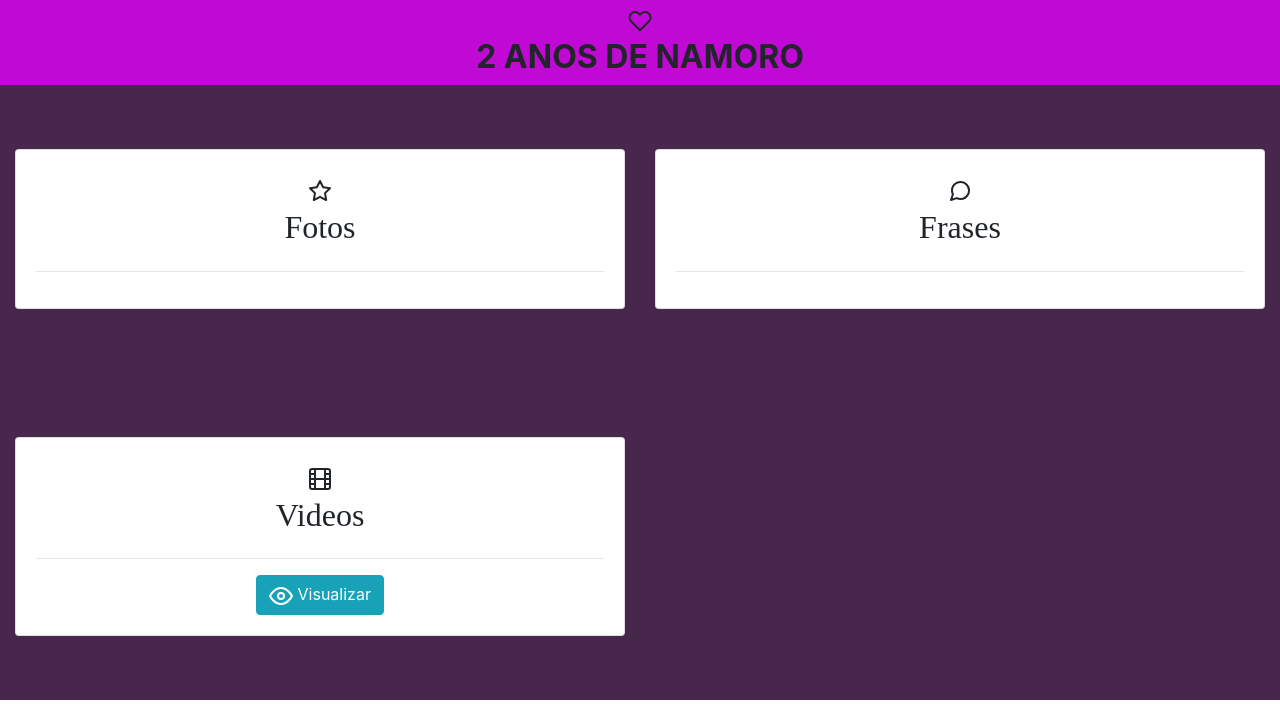
Repository: MeuAmor/meuamor.github.io
Page: index.html
An editor plug-in stored every save of this project. The page is shown before and after the next save, followed by the edit.
The browser window is 1280 px wide. The pictures show the whole page.

Above is the page before, as saved 2019-08-21 23:26:07.

### index.html
<!DOCTYPE html>
<html lang="pt">
<head>
  <title>2 ANOS</title>
  <meta charset="utf-8">
  <meta name="viewport" content="width=device-width, initial-scale=1">
  <link rel="stylesheet" href="assets/css/bootstrap4.1/bootstrap.min.css">
  <script src="assets/js/jquery.3.3.1.min.js"></script>
  <script src="assets/js/bootstrap4.1/popper.min.js"></script>
	<script src="assets/js/bootstrap4.1/bootstrap.min.js"></script>
	<style>
        .hide {
            display: none;
        }
        .show{
            display:block;
        }
    </style>
</head>
<body class="container-fluid">


	<div class="row" style="background:#c109d6">
		<div class="col-md-12 text-left">
			<h2>
                <div class="text-center">

                    <svg xmlns="http://www.w3.org/2000/svg" width="24" height="24" viewBox="0 0 24 24" fill="none" stroke="currentColor"
                            stroke-width="2" stroke-linecap="round" stroke-linejoin="round" class="feather feather-heart">
                        <path d="M20.84 4.61a5.5 5.5 0 0 0-7.78 0L12 5.67l-1.06-1.06a5.5 5.5 0 0 0-7.78 7.78l1.06 1.06L12 21.23l7.78-7.78 1.06-1.06a5.5 5.5 0 0 0 0-7.78z"/>
                    </svg>
                </div>
                <div class="text-center" >

                    <b>2 ANOS DE NAMORO </b>
                </div>
            </h2>
		</div>
</div>
<div class="row" style="background:#48274c;min-height: 500px;">

	<div class="col-md-6" style="margin-top: 5%;">
		<div class="card card-body">
            <h2 id="openFotos">
                <div class="text-center">

                    <svg xmlns="http://www.w3.org/2000/svg" width="24" height="24" viewBox="0 0 24 24"
                        fill="none" stroke="currentColor" stroke-width="2" stroke-linecap="round" stroke-linejoin="round"
                        class="feather feather-star">
                        <polygon points="12 2 15.09 8.26 22 9.27 17 14.14 18.18 21.02 12 17.77 5.82 21.02 7 14.14 2 9.27 8.91 8.26 12 2"/>
                    </svg>
                </div>
                <div class="text-center" style="font-family: 'Times New Roman', Times, serif">

                    Fotos
                </div>
            </h2>
            <hr>
            <div id="fotos" class="hide">
                <div class="text-center">
                    <img src="imagens/primeira_foto.jpg" alt="Primeira Foto" height="150px;">
                    <img src="imagens/terceira_foto.jpg" alt="Terceira Foto" height="150px;">
                    <img src="imagens/quarta_foto.jpg" alt="Quarta Foto" height="150px;">
                    <img src="imagens/2.jpg" alt="" height="150px;">
                    <img src="imagens/3.jpg" alt="" height="150px;">
                    <img src="imagens/4.jpg" alt="" height="150px;">
                    <img src="imagens/segunda_foto.jpg" alt="Segunda Foto" height="150px;">
                    <img src="imagens/5.jpg" alt="" height="150px;">
                    <img src="imagens/6.jpg" alt="" height="150px;">
                    <img src="imagens/7.jpg" alt="" height="150px;">
                    <img src="imagens/8.jpg" alt="" height="150px;">
                    <img src="imagens/10.jpg" alt="" height="150px;">
                    <img src="imagens/9.jpg" alt="" height="150px;">
                </div>
            </div>
		</div>
	</div>
	<div class="col-md-6" style="margin-top: 5%;margin-bottom: 5%;">
		<div class="card card-body">
            <h2 id="openFrases" style="text-align:center;">
                <div class="text-center">

                    <svg xmlns="http://www.w3.org/2000/svg" width="24" height="24" viewBox="0 0 24 24" fill="none" stroke="currentColor" stroke-width="2" stroke-linecap="round" stroke-linejoin="round" class="feather feather-message-circle">
                    <path d="M21 11.5a8.38 8.38 0 0 1-.9 3.8 8.5 8.5 0 0 1-7.6 4.7 8.38 8.38 0 0 1-3.8-.9L3 21l1.9-5.7a8.38 8.38 0 0 1-.9-3.8 8.5 8.5 0 0 1 4.7-7.6 8.38 8.38 0 0 1 3.8-.9h.5a8.48 8.48 0 0 1 8 8v.5z"/></svg>
                </div>
                <div class="text-center" style="font-family: 'Times New Roman', Times, serif">
                    Frases
                </div>
            </h2>
			<hr>
            <div id="frases" class="row hide" >
                    <div style="color: #b71c1c;">
                        <svg xmlns="http://www.w3.org/2000/svg" width="24" height="24" viewBox="0 0 24 24">
                            <path d="M8.59 16.59L13.17 12 8.59 7.41 10 6l6 6-6 6-1.41-1.41z"/>
                            <path fill="none" d="M0 0h24v24H0V0z"/>
                        </svg>
                        "Eeeeeeeeeeeeeeeeee" - <b> Seu amor</b>
                    </div>
                    <div style="color: #b71c1c;">
                        <svg xmlns="http://www.w3.org/2000/svg" width="24" height="24" viewBox="0 0 24 24">
                            <path d="M8.59 16.59L13.17 12 8.59 7.41 10 6l6 6-6 6-1.41-1.41z"/>
                            <path fill="none" d="M0 0h24v24H0V0z"/>
                        </svg>
                        "Eu tenho Alzheimer" - <b> Seu amor</b>
                    </div>
                    <div style="color: #b71c1c;">
                        <svg xmlns="http://www.w3.org/2000/svg" width="24" height="24" viewBox="0 0 24 24">
                            <path d="M8.59 16.59L13.17 12 8.59 7.41 10 6l6 6-6 6-1.41-1.41z"/>
                            <path fill="none" d="M0 0h24v24H0V0z"/>
                        </svg>
                        "Aqui a TV está na Globo" - <b> Seu amor</b>
                    </div>
                    <div style="color: blueviolet;">
                        <svg xmlns="http://www.w3.org/2000/svg" width="24" height="24" viewBox="0 0 24 24">
                            <path d="M8.59 16.59L13.17 12 8.59 7.41 10 6l6 6-6 6-1.41-1.41z"/>
                            <path fill="none" d="M0 0h24v24H0V0z"/>
                        </svg>
                        "Tô sabendo" - <b>Beatiz </b><br>

                    </div>
                    <div style="color: blueviolet;">
                        <svg xmlns="http://www.w3.org/2000/svg" width="24" height="24" viewBox="0 0 24 24">
                            <path d="M8.59 16.59L13.17 12 8.59 7.41 10 6l6 6-6 6-1.41-1.41z"/>
                            <path fill="none" d="M0 0h24v24H0V0z"/>
                        </svg>
                        "Aham, Vai nessa." - <b>Beatiz </b><br>

                    </div>
                    <div style="color: blueviolet;">
                        <svg xmlns="http://www.w3.org/2000/svg" width="24" height="24" viewBox="0 0 24 24">
                            <path d="M8.59 16.59L13.17 12 8.59 7.41 10 6l6 6-6 6-1.41-1.41z"/>
                            <path fill="none" d="M0 0h24v24H0V0z"/>
                        </svg>
                        "LEONARDOOO" - <b>Beatiz </b><br>
                    </div>
                    <div style="color: blueviolet;">
                        <svg xmlns="http://www.w3.org/2000/svg" width="24" height="24" viewBox="0 0 24 24">
                            <path d="M8.59 16.59L13.17 12 8.59 7.41 10 6l6 6-6 6-1.41-1.41z"/>
                            <path fill="none" d="M0 0h24v24H0V0z"/>
                        </svg>
                        "AAAAAAAAAA" - <b>Beatiz </b><br>
                    </div>
                    <div style="color: blueviolet;">
                        <svg xmlns="http://www.w3.org/2000/svg" width="24" height="24" viewBox="0 0 24 24">
                            <path d="M8.59 16.59L13.17 12 8.59 7.41 10 6l6 6-6 6-1.41-1.41z"/>
                            <path fill="none" d="M0 0h24v24H0V0z"/>
                        </svg>
                        "Cuidado com a hora amanhã" - <b>Beatiz </b><br>
                    </div>
            </div>

        </div>

    </div>
    <div class="col-md-6" style="margin-top: 5%;margin-bottom: 5%;">
        <div class="card card-body">
            <h2 style="text-align:center;">
                <div class="text-center">

                    <svg xmlns="http://www.w3.org/2000/svg" width="24" height="24" viewBox="0 0 24 24" fill="none" stroke="currentColor" stroke-width="2" stroke-linecap="round" stroke-linejoin="round" class="feather feather-film">
                        <rect x="2" y="2" width="20" height="20" rx="2.18" ry="2.18"/>
                        <line x1="7" y1="2" x2="7" y2="22"/>
                        <line x1="17" y1="2" x2="17" y2="22"/>
                        <line x1="2" y1="12" x2="22" y2="12"/>
                        <line x1="2" y1="7" x2="7" y2="7"/>
                        <line x1="2" y1="17" x2="7" y2="17"/>
                        <line x1="17" y1="17" x2="22" y2="17"/>
                        <line x1="17" y1="7" x2="22" y2="7"/>
                    </svg>
                </div>
                <div class="text-center" style="font-family: 'Times New Roman', Times, serif">
                    Videos
                </div>
            </h2>
            <hr>
            <div class="row">
                <div class="col-md-12 text-center" style="color: blueviolet;">
                    <a href="https://drive.google.com/drive/folders/1cs1njrZBseK-pT5WebYxWXJ5JDjdfowP?usp=sharing" class="btn btn-info ">
                        <svg xmlns="http://www.w3.org/2000/svg" width="24" height="24" viewBox="0 0 24 24" fill="none" stroke="currentColor"
                            stroke-width="2" stroke-linecap="round" stroke-linejoin="round" class="feather feather-eye">
                            <path d="M1 12s4-8 11-8 11 8 11 8-4 8-11 8-11-8-11-8z"/><circle cx="12" cy="12" r="3"/>
                        </svg>
                        Visualizar
                    </a>
                </div>

            </div>
        </div>

    </div>

</div>
<script>
    $("#openFotos").click(function(){
        if($("#fotos").hasClass('hide'))
        {
            $("#fotos").removeClass('hide');
            $("#fotos").addClass('show');
        }
        else
        {
            $("#fotos").removeClass('show');
            $("#fotos").addClass('hide');
        }
    });
    $("#openFrases").click(function(){
        if($("#frases").hasClass('hide'))
        {
            $("#frases").removeClass('hide');
            $("#frases").addClass('show');
        }
        else
        {
            $("#frases").removeClass('show');
            $("#frases").addClass('hide');
        }
    });
</script>
</body>
</html>

Loaded but not shown: assets/css/bootstrap4.1/bootstrap.min.css (library); assets/js/jquery.3.3.1.min.js (library); assets/js/bootstrap4.1/popper.min.js (library); assets/js/bootstrap4.1/bootstrap.min.js (library)

After the next save:
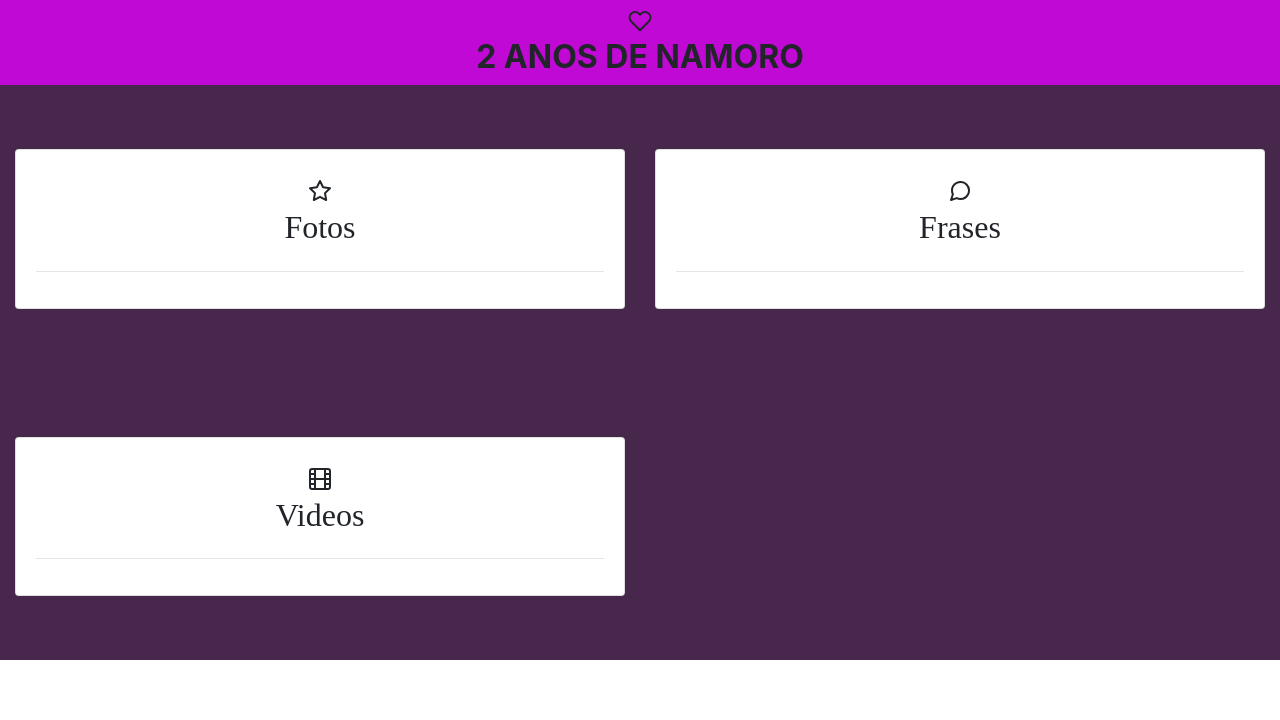
Saved 50 s later.
--- a/index.html
+++ b/index.html
@@ -154,7 +154,7 @@
     </div>
     <div class="col-md-6" style="margin-top: 5%;margin-bottom: 5%;">
         <div class="card card-body">
-            <h2 style="text-align:center;">
+            <h2 id="openVideos" style="text-align:center;">
                 <div class="text-center">
 
                     <svg xmlns="http://www.w3.org/2000/svg" width="24" height="24" viewBox="0 0 24 24" fill="none" stroke="currentColor" stroke-width="2" stroke-linecap="round" stroke-linejoin="round" class="feather feather-film">
@@ -173,7 +173,7 @@
                 </div>
             </h2>
             <hr>
-            <div class="row">
+            <div id="videos" class="row hide">
                 <div class="col-md-12 text-center" style="color: blueviolet;">
                     <a href="https://drive.google.com/drive/folders/1cs1njrZBseK-pT5WebYxWXJ5JDjdfowP?usp=sharing" class="btn btn-info ">
                         <svg xmlns="http://www.w3.org/2000/svg" width="24" height="24" viewBox="0 0 24 24" fill="none" stroke="currentColor"
